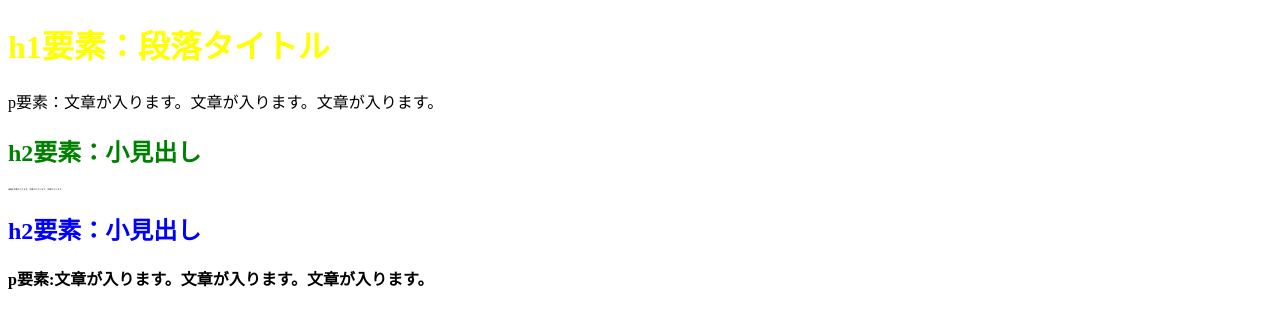
Repository: ayano-ogawa/samurai_HTML-CSS
Page: Untitled1.html
The author's editor kept a record of every edit. The page is drawn from the files as they stood at one moment, then again after the next edit.
The browser window is 1280 px wide. The pictures show the whole page.

Above is the page before.

### Untitled1.html
<!DOCTYPE html>
<html lang="en">
<head>
    <meta charset="UTF-8">
    <title>HTML/CSSの学習</title>
     <style>
      #blue {
          color: blue;

      }
      #green {
          color: green;
      }
      h1{
          color: yellow;
      }
     </style>

</head>
<body>
    <h1>h1要素：段落タイトル</h1>
    <p>p要素：文章が入ります。文章が入ります。文章が入ります。</p>
    <h2 id="green">h2要素：小見出し</h2>
    <p style="font-size: 2px;">
     p要素:文章が入ります。文章がが入ります。文章が入ります。
    </p>
    <h2 id="blue">h2要素：小見出し</h2>
    <p style="font-weight: bold";>
     p要素:文章が入ります。文章が入ります。文章が入ります。
    </p>

</body>
</html>

After the next edit:
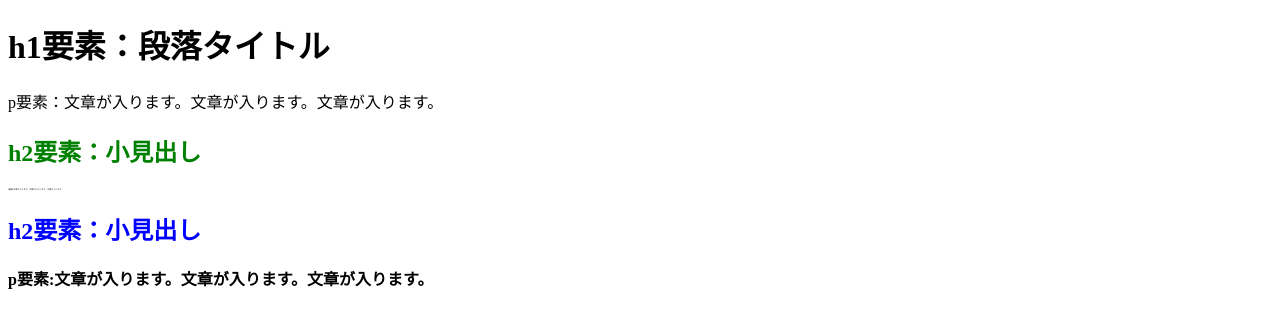
The edit:
--- a/Untitled1.html
+++ b/Untitled1.html
@@ -11,8 +11,8 @@
       #green {
           color: green;
       }
-      h1{
-          color: yellow;
+      .blue{
+          color: blue;
       }
      </style>
 
